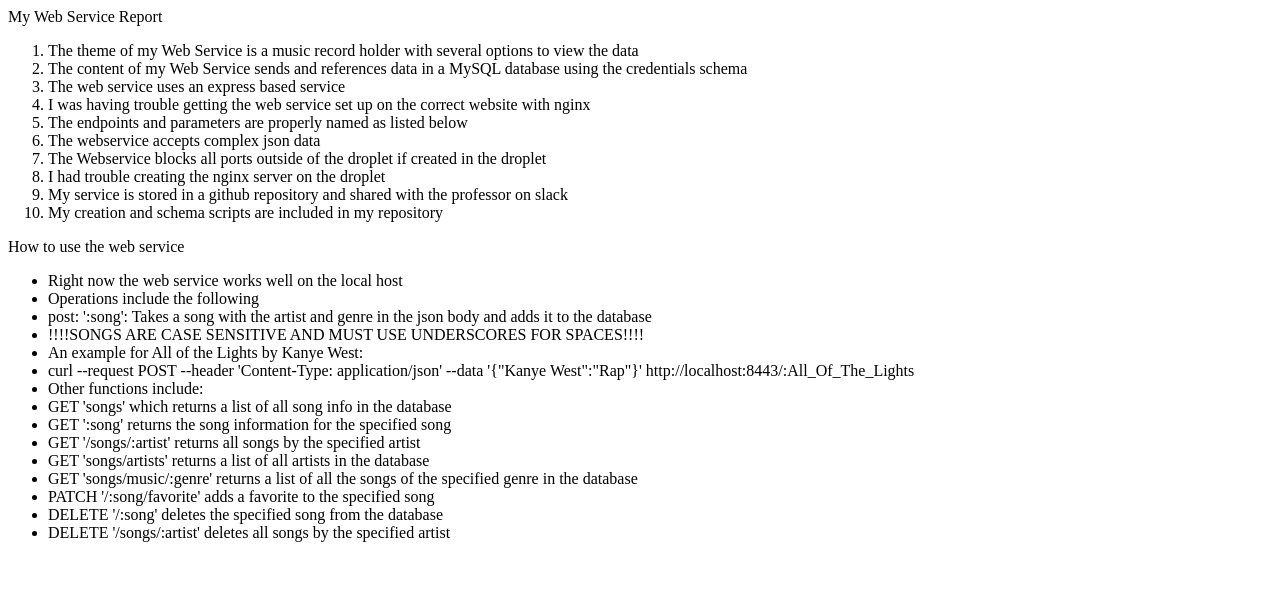
Repository: alharama/WebService
Page: report.html
These files come from the project's save history. The page is drawn as it stood at one moment and after the next save; the edit follows.
The browser window is 1280 px wide. The pictures show the whole page.

Above is the page before, as saved 2021-10-28 23:33:22.

After the next save:
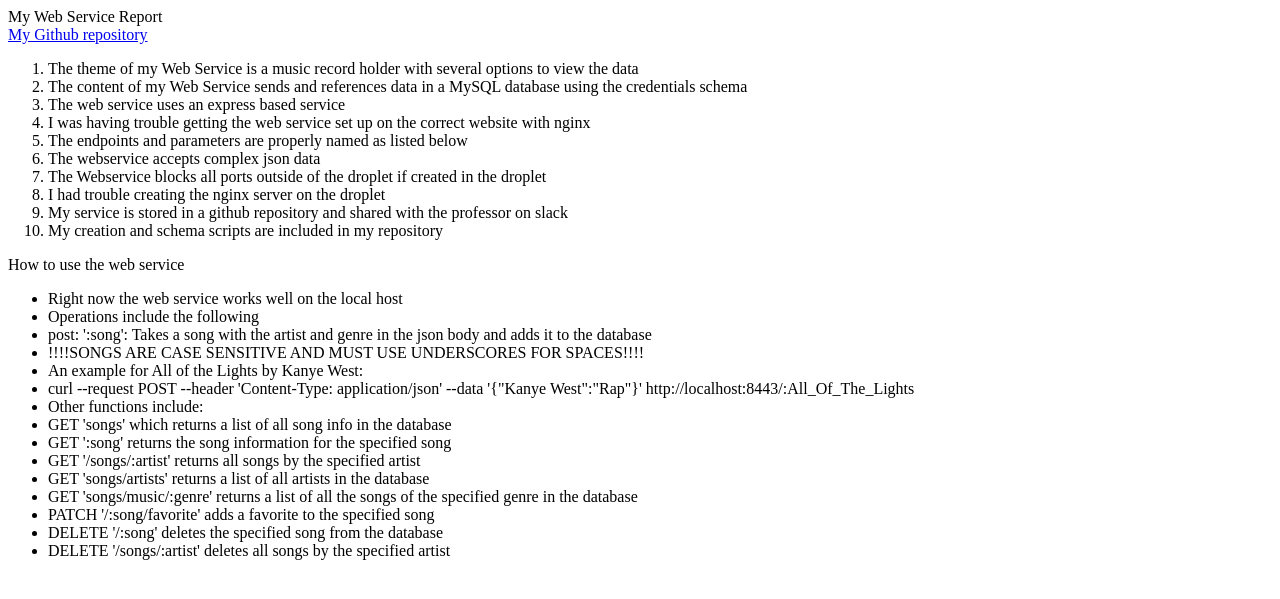
Saved 14 h 10 min later.
--- a/report.html
+++ b/report.html
@@ -7,6 +7,7 @@
   <body>
     <header>My Web Service Report</header>
 
+    <a href="https://github.com/alharama/WebService"> My Github repository</a>
     <ol>
       <li>
         The theme of my Web Service is a music record holder with several
